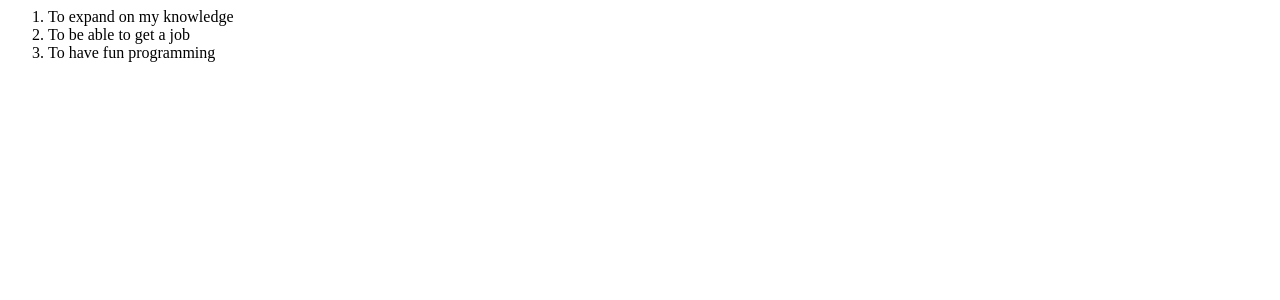
Repository: evemcd/scrimba-react1
Page: index.html
These files come from the project's save history. The page is drawn as it stood at one moment and after the next save; the edit follows.
The browser window is 1280 px wide. The pictures show the whole page.
Pictures or frames that could not be fetched are drawn as grey boxes. Some web libraries are served in a nearby version.

Above is the page before, as saved 2023-07-31 11:05:08.

After the next save:
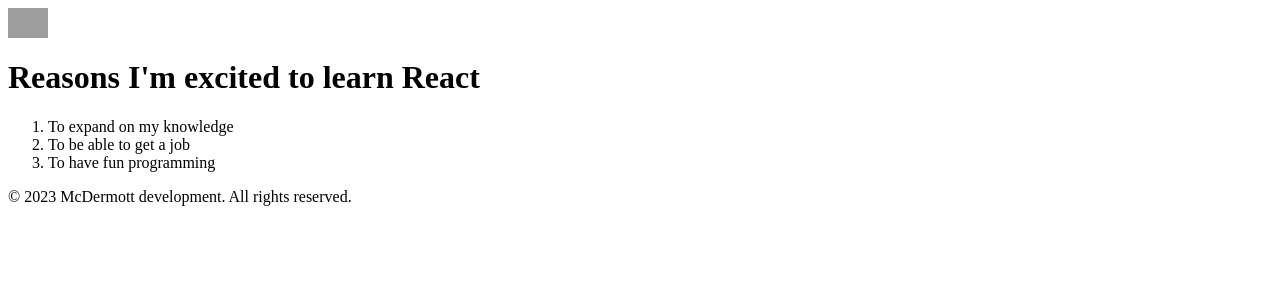
Saved 113 s later.
--- a/index3.js
+++ b/index3.js
@@ -31,9 +31,17 @@
     )
 }
 
+function FooterComponent() {
+    return (
+        <p>© 2023 McDermott development. All rights reserved.</p>
+    )
+}
+
 ReactDOM.render(
     <div>
+        <HeaderComponent />
         <PageComponent />
+        <FooterComponent />
     </div>,
     document.getElementById("root")
 )
